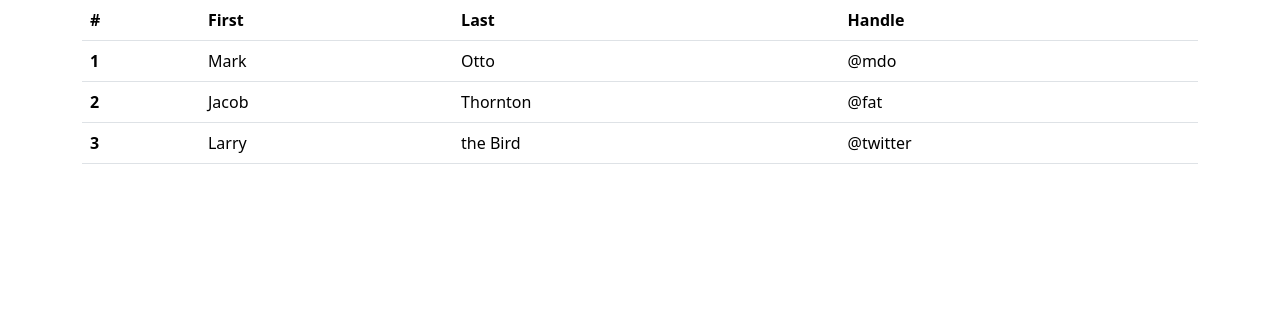
Repository: TruongChiNghiem1/wwwServlet
Page: http://localhost/20_TruongChiNghiem_21126241/views/ListNhanVien/index.jsp
An editor plug-in stored every save of this project. The page is shown before and after the next save, followed by the edit.
The browser window is 1280 px wide. The pictures show the whole page.
The page is served by Tomcat 10.

Above is the page before, as saved 2024-10-25 16:47:02.

After the next save:
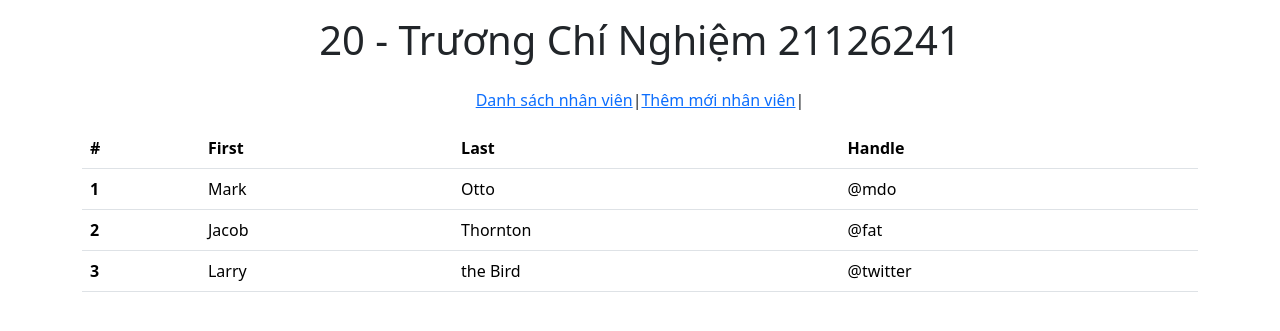
Saved 3 min 15 s later.
--- a/20_TruongChiNghiem_21126241/src/main/webapp/views/ListNhanVien/index.jsp
+++ b/20_TruongChiNghiem_21126241/src/main/webapp/views/ListNhanVien/index.jsp
@@ -17,36 +17,45 @@
 </head>
 <body>
 	<div class="container">
-		<table class="table">
-			<thead>
-				<tr>
-					<th scope="col">#</th>
-					<th scope="col">First</th>
-					<th scope="col">Last</th>
-					<th scope="col">Handle</th>
-				</tr>
-			</thead>
-			<tbody>
-				<tr>
-					<th scope="row">1</th>
-					<td>Mark</td>
-					<td>Otto</td>
-					<td>@mdo</td>
-				</tr>
-				<tr>
-					<th scope="row">2</th>
-					<td>Jacob</td>
-					<td>Thornton</td>
-					<td>@fat</td>
-				</tr>
-				<tr>
-					<th scope="row">3</th>
-					<td>Larry</td>
-					<td>the Bird</td>
-					<td>@twitter</td>
-				</tr>
-			</tbody>
-		</table>
+		<div class="d-flex justify-content-center m-3">
+			<h1>20 - Trương Chí Nghiệm 21126241</h1>
+		</div>
+		<div class="d-flex justify-content-center m-3">
+			<a href="/20_TruongChiNghiem_21126241">Danh sách nhân viên</a>|
+			<a href="/20_TruongChiNghiem_21126241/add-data">Thêm mới nhân viên</a>|
+		</div>
+		<div>
+			<table class="table">
+				<thead>
+					<tr>
+						<th scope="col">#</th>
+						<th scope="col">First</th>
+						<th scope="col">Last</th>
+						<th scope="col">Handle</th>
+					</tr>
+				</thead>
+				<tbody>
+					<tr>
+						<th scope="row">1</th>
+						<td>Mark</td>
+						<td>Otto</td>
+						<td>@mdo</td>
+					</tr>
+					<tr>
+						<th scope="row">2</th>
+						<td>Jacob</td>
+						<td>Thornton</td>
+						<td>@fat</td>
+					</tr>
+					<tr>
+						<th scope="row">3</th>
+						<td>Larry</td>
+						<td>the Bird</td>
+						<td>@twitter</td>
+					</tr>
+				</tbody>
+			</table>
+		</div>
 	</div>
 </body>
 </html>
